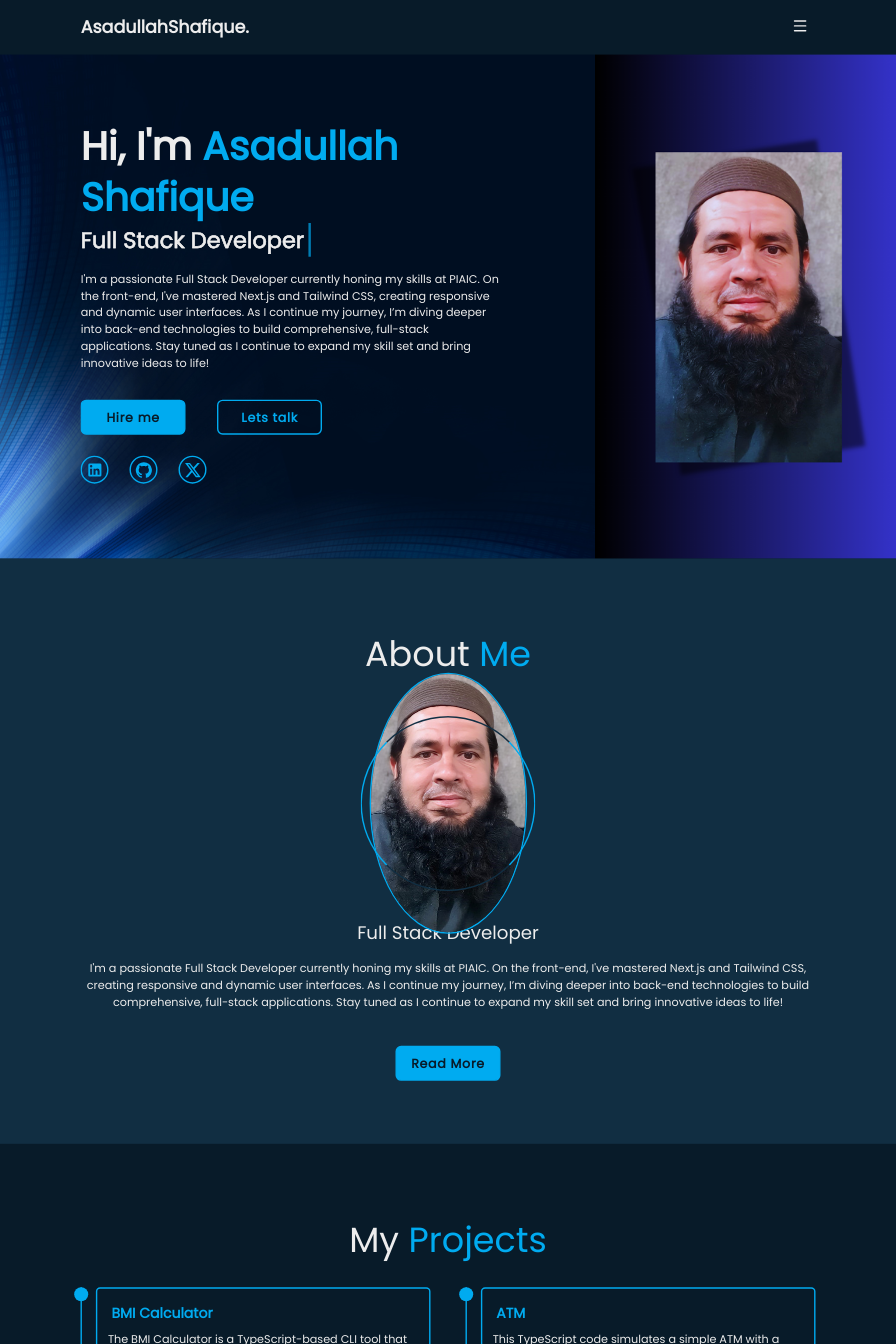
Repository: asadullah48/nextjs_projects_portfolio
Page: /
These files come from the project's save history. The page is drawn as it stood at one moment and after a run of saves; the edit follows.
The browser window is 1280 px wide. The pictures show the part of the page from y = 0 to 1920 px (the page is 4234 px tall), at 70% of full size.
The project was rebuilt for these pictures with package versions that can differ from the ones it lists, and the page was loaded fresh each time. The framework's server and built-in components were replaced by stand-ins that run in the browser. Also part of the build but not shown: next.config.ts.

Above is the page before, as saved 2024-11-13 13:32:57.

After the next 2 saves:
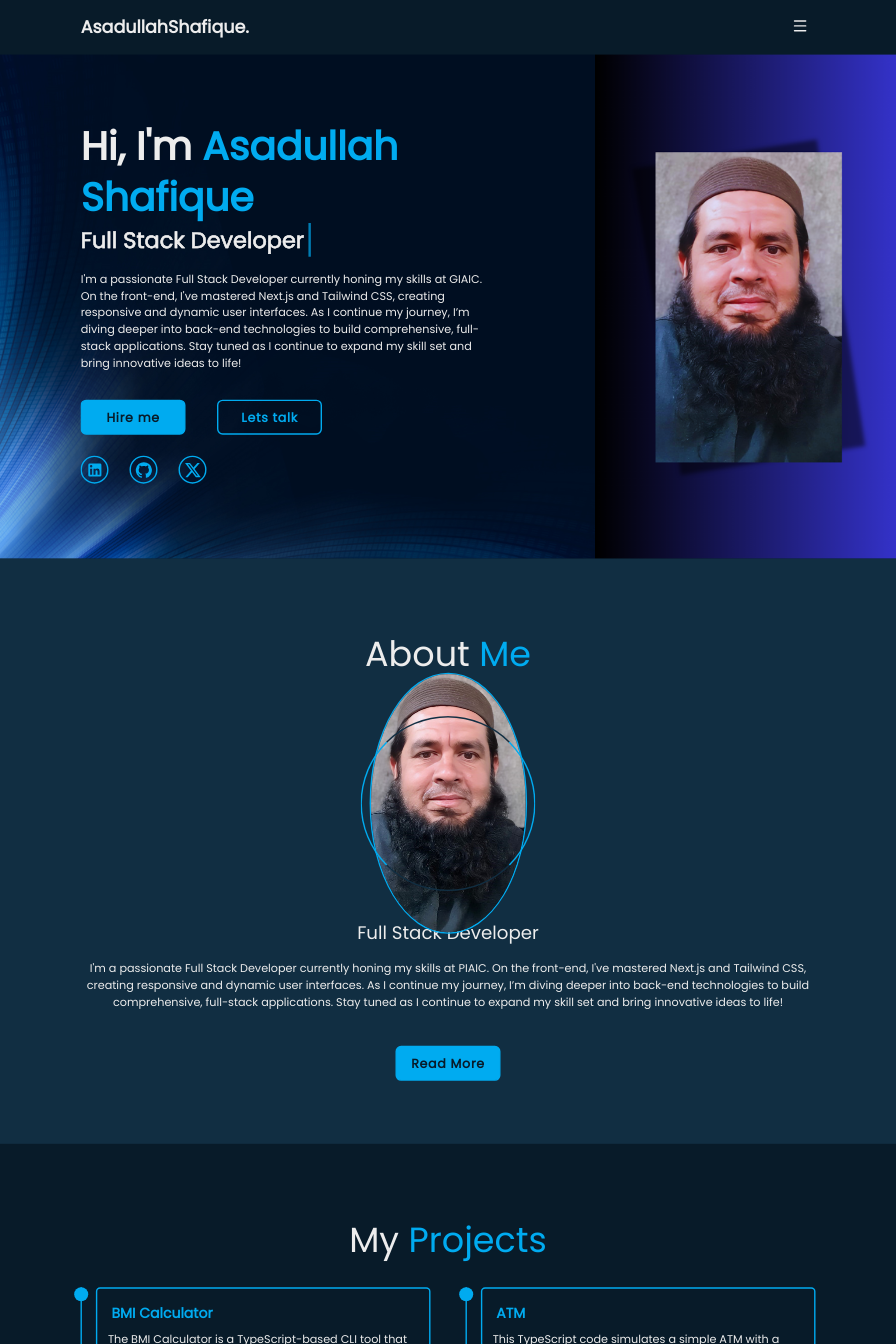
The 2 saves are shown as one change because they came seconds apart.
The last was saved 13 s later.
--- a/src/app/page.tsx
+++ b/src/app/page.tsx
@@ -133,7 +133,7 @@ active:text-[var(--main-color)]"
           </div>
           <p>
             I'm a passionate Full Stack Developer currently honing my skills at
-            PIAIC. On the front-end, I've mastered Next.js and Tailwind CSS,
+            GIAIC. On the front-end, I've mastered Next.js and Tailwind CSS,
             creating responsive and dynamic user interfaces. As I continue my
             journey, I’m diving deeper into back-end technologies to build
             comprehensive, full-stack applications. Stay tuned as I continue to
